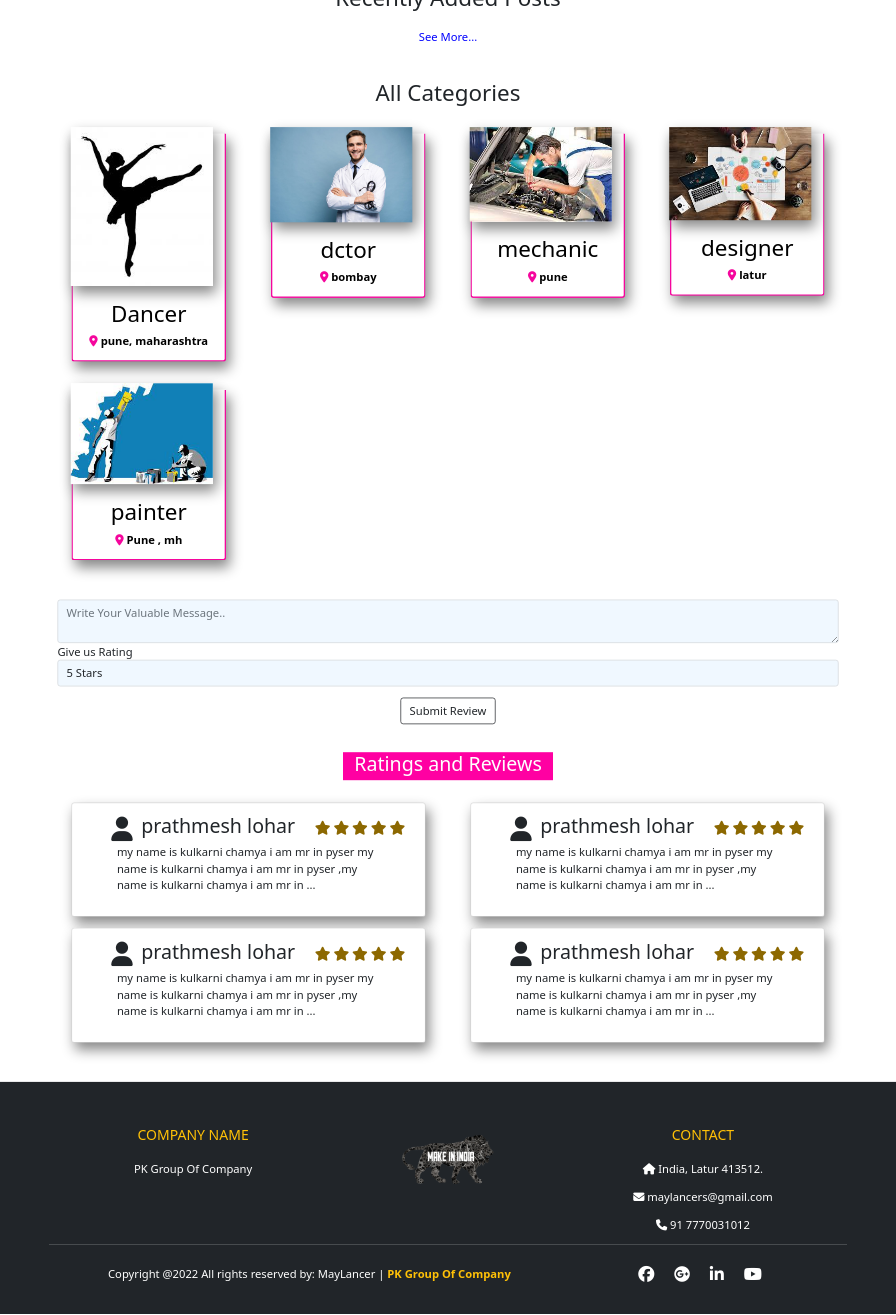
Repository: prathmesh2023/maylancers
Page: http://localhost/
An editor plug-in stored every save of this project. The page is shown before and after the next save, followed by the edit.
The browser window is 1280 px wide. The pictures show the part of the page from y = 901 to 2821 px (the page is 2779 px tall before and 2821 px after), at 70% of full size.
Some web fonts or font styles are not loaded; a fallback is used. Some web libraries are served in a nearby version. The page is served by the project's application, run on Django 3.2 (manage.py). Other server files are loaded and not shown. The page reads the database file committed with the project. Queries for data that is not in the repository find no rows.

Above is the page before, as saved 2022-02-16 14:54:30.

### templates/home.html
 {% extends "base.html" %} {% block title %} MayLancers {% endblock title %} {% load static %} {% block main %}
<div class="bgc" style=" background-image: url(' {% static 'img/2.gif' %} ');">

    <div class="searchbox container py-5">

        <h2 class="py-4 text-white text-center h1 jone">Find Work Or Workers For Every Field:</h2>

        <form action="/search" method="post" class="form">
            {% csrf_token %}
            <div class="input-group">

                <input required name="text" type="text" class="form-control" aria-label="Text input with dropdown button" placeholder="">
                <div class="input-group-append">
                    <button class="btn primary-bg bt text-white " type="submit"><span class="fa fa-search"> </span> Search</button>

                </div>
            </div>
        </form>


        <div class="container text-center text-white my-4 rounded-0 pj">
            {% comment %} <a href="post_job"><button class="btn primary-bg btn-lg"><span class="fa fa-edit" style=> </span> Post Job</button></a> {% endcomment %}



        </div>


    </div>


</div>
</div>



<!-- cards -->
<!-- <div class="container card_main ">
    <div class="row ">
        <div class="col-md-3 justify-content-center">

            <div class="card  m-0 p-0" style="border: solid 2px #f5069d ; border-top-right-radius: 0px; border-top-left-radius: 0px; border-top: none ;">
                <div class="card-body ">
                    <img src="{% static 'img/card/Painter.jpg' %} " class="img border-0 p-0">
                    <h2 style="margin-top:20px;">
                        Painter
                    </h2>
                    <p class="card-text"><b>Find Painters nearby you</b></p>
                    <a href="#" class="btn sub">  Find </a>
                </div>
            </div>

        </div>


        <div class="col-md-3">

            <div class="card  m-0 p-0" style="border: solid 2px #f5069d ; border-top-right-radius: 0px; border-top-left-radius: 0px; border-top: none ;">
                <div class="card-body ">
                    <img src="{% static 'img/card/mechanic.jpg' %} " class="img border-0 p-0">
                    <h2 style="margin-top:20px;">
                        Mechanic
                    </h2>
                    <p class="card-text"><b>Find Mechanics nearby you</b></p>
                    <a href="#" class="btn sub"> Find </a>
                </div>
            </div>

        </div>



        <div class="col-md-3">

            <div class="card  m-0 p-0" style="border: solid 2px #f5069d ; border-top-right-radius: 0px; border-top-left-radius: 0px; border-top: none ;">
                <div class="card-body ">
                    <img src="{% static 'img/card/designer1.jpg' %} " class="img border-0 p-0">
                    <h2 style="margin-top:20px;">
                        Designer
                    </h2>
                    <p class="card-text"><b>Find Designer nearby you</b></p>
                    <a href="#" class="btn sub"> Find </a>
                </div>
            </div>

        </div>


        <div class="col-md-3">

            <div class="card  m-0 p-0" style="border: solid 2px #f5069d ; border-top-right-radius: 0px; border-top-left-radius: 0px; border-top: none ;">
                <div class="card-body ">
                    <img src="{% static 'img/card/doctor.jpg' %}" class="img border-0 p-0">
                    <h2 style="margin-top:20px;">
                        Doctor
                    </h2>
                    <p class="card-text"><b>Find Doctors nearby you</b></p>
                    <a href="#" class="btn sub"> Find </a>
                </div>
            </div>

        </div>
    </div>
</div> -->

<div class="container-fluid card-main "style=" background: white;">
 <div class="row">


    <div class="col-md-3 text-center  boxed text-white" style="background-color: #ff3001c7; ">
       <a href="/jobs"> <h4 class="h4 my-2"> Hire Freelancer <span class="mx-3 fa fa-arrow-right fa-sm"> </span></h4></a>

    </div>

    <div class="col-md-3 text-center  boxed " style="background-color: white;">
        <a href="/profile"> <h4 class="h4 my-2" style="color: blue;"> Work as Freelancer <span class="mx-3 fa fa-arrow-right fa-sm"> </span></h4></a>

    </div>

    <div class="col-md-3 text-center  boxed text-white" style="background-color: green; ">
        <a href="/post_job"> <h4 class="h4 my-2"> Post a Job <span class="mx-3 fa fa-arrow-right fa-sm"> </span></h4>
</a>
    </div>

    <div class="col-md-3 text-center  boxed text-white" style="background-color: #41464b; ">
        <a href="categories"><h4 class="h4 my-2"> All Categories <span class="mx-3 fa fa-arrow-right fa-sm"> </span></h4>
</a>
    </div>

 </div>

</div>

<style >
    .boxed{
        height: 55px;
        font-family: 'Jockey One';
        padding: 3px;
    }
    a{
        text-decoration: none;
        color: white;
    }
</style>

<!--
<div class="container card_main ">

    <div class="row">
        {% for h in cat %} {% if forloop.counter0|divisibleby:4 %}
    </div><br>
    <div class="row">
        {% endif %}
        <div class="col-md-3 text-center my-2">
            <a href="/category/{{h.title}}" style="text-decoration: none; color:black">
                <div class="card  " style="border: solid 2px #f5069d ; border-top-right-radius: 0px; border-top-left-radius: 0px; border-top: none ;">
                    <div class="card-body ">
                        <img src="{{h.thumbnail.url}} " class="img border-0 p-0">
                        <h2 style="margin-top:20px;">
                            {{h.title}}
                        </h2>
                        <p class="card-text"><b><span class="fa fa-map-marker" style="color:#f5069d"> </span>  {{h.location}}</b></p>

                    </div>
                </div>
            </a>
        </div>
        {% endfor %}
    </div>
</div> -->

<br>

<div class="container text-center">
    <h2 style=" font-family:Concert One';"> How does freelancing work?</h2>
</div>

<div class="container text-center" style="box-shadow: 5px 5px 8px 5px #888888; padding: 25px; font-size: smaller;">
    <p class="list-inline">
        Freelancers accept payment in return for providing some sort of service. That agreement is generally part-time or short term.
        <br>

       For example, if I hired a photographer to take new headshots for me, I could pay a freelancer for that session and that would be the end of it.
       <br>
     Sometimes people pay freelancers to work a set number of hours per week or per month. That arrangement is often referred to as a “retainer.”
     <br>

    A retainer refers to when you retain the services or right to someone’s time. A lot of legal professionals work on retainer. Every month, they bill
    <br>
        a set amount of time to the client, regardless of whether that full time is used or not.
        A retainer refers to when you retain the services or right to someone’s time. A lot of legal professionals work on retainer. Every month, they bill a set amount of time to the client, regardless of

</p>
</div>

<div class="container text-center my-4">
    <h2 style=" font-family:Concert One';"> Recently Added Posts</h2>
</div>


<div class="container rpost">

    <div class="container">
        <div class="col-4">

        </div>
        <div class="col-4">

        </div>

    </div>


    <div class="container my-4  ">

        {% for i in post %}
        <div class="row my-3" style="box-shadow: 5px 5px 8px 5px #888888; padding: 25px;">
            <div class="col imgcol">
                <img src="{{i.thumb.url}}" class="rounded float-left " alt="...">

            </div>
            <div class="col-6">
                <h2>{{i.title}}</h2>
                <p>{{i.desc}}</p>

                <p><span class="fa fa-user"> </span> {{i.user}}</p>
                <button class="btn btn-secondary btn-sm">{{i.cat}}</button>
            </div>
            <div class="col">
                <b><p><span class="fa fa-map-marker"> </span> {{i.loc}}</p></b>

                <b>Amount:</b>
                <br>

                <b>From : Rs. {{i.afrom}} /-</b>
                <br>
                <b>To : Rs. {{i.ato}} /-</b> {% if i.done is True %}

               <button class="btn btn-danger rounded-0 w-100 my-3"> Closed</button>
                {% else %}
                <a href="apply/{{i.title}}/{{i.id}}"> <button class="btn primary-bg text-white rounded-0 w-100 my-3"> Apply</button></a>
                {% endif %}


            </div>
        </div>
        {% endfor %}

    </div>

</div>


<div class="container  mpost ">

{% for i in post %}
<div class="row my-3" style="box-shadow: 5px 5px 8px 5px #888888; padding: 25px;">

    <div class="card-body">

         <img src="{{i.thumb.url}}" class="rounded " alt="thumbnail" style="width: 100%; height: 170px;">
         <h2>{{i.title}}</h2>
         <p>{{i.desc}}</p>
        <div class="row">
            <div class="col">
                         <p><span class="fa fa-user"> </span> {{i.user}}</p>

         <p><span class="fa fa-map-marker"> </span> {{i.loc}}</p>
          <button class="btn btn-secondary btn-sm p-0 p-0" style="margin-top: -8px;">{{i.cat}}</button>



            </div>
            <div class="col">
                                <b>Amount:</b>
                <br>

                <p>From : Rs. {{i.afrom}} /-</p>

                <p>To : Rs. {{i.ato}} /-</p>

            </div>
        </div>


    </div>

    <div class="card-footer">
     {% if i.done is True %}

               <button class="btn btn-danger  rounded-0  w-100 my-3"> Closed</button>
                {% else %}
                <a href="apply/{{i.title}}/{{i.id}}"> <button class="btn primary-bg text-white rounded-0 w-100 my-3"> Apply</button></a>
                {% endif %}
    </div>

</div>

{% endfor %}

</div>

<p class="text-center"><a href="/jobs" style="color: blue;"> See More... </a></p>

<br>


<div class="container text-center my-2">
    <h2 style=" font-family:Concert One';"> All Categories</h2>
</div>


<!-- cards -->

<div class="container card_main " style="margin-top:0px">

    <div class="row">
        {% for h in cat %} {% if forloop.counter0|divisibleby:4 %}
    </div><br>
    <div class="row">
        {% endif %}
        <div class="col-md-3 text-center my-2">
            <a href="/category/{{h.title}}" style="text-decoration: none; color:black">
                <div class="card  " style="border: solid 2px #f5069d ; border-top-right-radius: 0px; border-top-left-radius: 0px; border-top: none ;">
                    <div class="card-body ">
                        <img src="{{h.thumbnail.url}} " class="img border-0 p-0">
                        <h2 style="margin-top:20px;">
                            {{h.title}}
                        </h2>
                        <p class="card-text"><b><span class="fa fa-map-marker" style="color:#f5069d"> </span> {{h.location}}</b></p>

                    </div>
                </div>
            </a>
        </div>
        {% endfor %}
    </div>
</div>

<br>


<div class="container my-4">

    <form class="form-group">
        <textarea class="form-control" placeholder="Write Your Valuable Message.." name="msg"></textarea>
        <input type="hidden" class="form-control" placeholder="" name="user" value="{{user}}">


        <label class="col-md-2 control-label" for="rating">Give us Rating</label>

        <select class="form-control" name="rating" id="rating">
            <option value="5">5 Stars</option>
            <option value="4">4 Stars</option>
            <option value="3">3 Stars</option>
            <option value="2">2 Stars</option>
            <option value="1">1 Stars</option>

        </select>

        <center>
            <button type="submit" class="btn btn-outline-dark my-3">Submit Review</button>
        </center>
    </form>

</div>


<div class="container text-center my-4 cmt">

    <h3 style="">Ratings and Reviews</h3>


</div>

<style>

</style>

<div class="container cmtd">
    <div class="row">
        <div class="col-md-6 my-2">
            <div class="card">
                <div class="card-body">
                    <div class="row">
                        <div class="col-2 ">
                            <span class="fa fa-user"></span>
                        </div>
                        <div class="col-6">
                            <h3>prathmesh lohar</h3>
                        </div>
                        <div class="col-4">
                            <span class="fa fa-star"></span>
                            <span class="fa fa-star"></span>
                            <span class="fa fa-star"></span>
                            <span class="fa fa-star"></span>
                            <span class="fa fa-star"></span>
                        </div>

                    </div>


                    <p class="p mx-5 justify-content">my name is kulkarni chamya i am mr in pyser my name is kulkarni chamya i am mr in pyser ,my name is kulkarni chamya i am mr in ... </p>

                </div>
            </div>
        </div>



        <div class="col-md-6 my-2">
            <div class="card">
                <div class="card-body">
                    <div class="row">
                        <div class="col-2 ">
                            <span class="fa fa-user"></span>
                        </div>
                        <div class="col-6">
                            <h3>prathmesh lohar</h3>
                        </div>
                        <div class="col-4">
                            <span class="fa fa-star"></span>
                            <span class="fa fa-star"></span>
                            <span class="fa fa-star"></span>
                            <span class="fa fa-star"></span>
                            <span class="fa fa-star"></span>
                        </div>

                    </div>


                    <p class="p mx-5 justify-content">my name is kulkarni chamya i am mr in pyser my name is kulkarni chamya i am mr in pyser ,my name is kulkarni chamya i am mr in ... </p>

                </div>
            </div>
        </div>



        <div class="col-md-6 my-2">
            <div class="card">
                <div class="card-body">
                    <div class="row">
                        <div class="col-2 ">
                            <span class="fa fa-user"></span>
                        </div>
                        <div class="col-6">
                            <h3>prathmesh lohar</h3>
                        </div>
                        <div class="col-4">
                            <span class="fa fa-star"></span>
                            <span class="fa fa-star"></span>
                            <span class="fa fa-star"></span>
                            <span class="fa fa-star"></span>
                            <span class="fa fa-star"></span>
                        </div>

                    </div>


                    <p class="p mx-5 justify-content">my name is kulkarni chamya i am mr in pyser my name is kulkarni chamya i am mr in pyser ,my name is kulkarni chamya i am mr in ... </p>

                </div>
            </div>
        </div>



        <div class="col-md-6 my-2">
            <div class="card">
                <div class="card-body">
                    <div class="row">
                        <div class="col-2 ">
                            <span class="fa fa-user"></span>
                        </div>
                        <div class="col-6">
                            <h3>prathmesh lohar</h3>
                        </div>
                        <div class="col-4">
                            <span class="fa fa-star"></span>
                            <span class="fa fa-star"></span>
                            <span class="fa fa-star"></span>
                            <span class="fa fa-star"></span>
                            <span class="fa fa-star"></span>
                        </div>

                    </div>


                    <p class="p mx-5 justify-content">my name is kulkarni chamya i am mr in pyser my name is kulkarni chamya i am mr in pyser ,my name is kulkarni chamya i am mr in ... </p>

                </div>
            </div>
        </div>



    </div>
</div>

<center>
    <a href="#" style="text-decoration: none;"> See More Reviews...</a>
</center>



<div class="container cmtm">



    <div class="row">
        <div class="col-md-6 my-2">
            <div class="card">
                <div class="card-body">

                    <div class="user ">

                        <span class="fa fa-user uml"></span>


                        <span class="h3 mx-3">prathmesh lohar</span>

                    </div>

                    <div class="star mx-5"> <span class="fa fa-star"></span>
                        <span class="fa fa-star"></span>
                        <span class="fa fa-star"></span>
                        <span class="fa fa-star"></span>
                        <span class="fa fa-star"></span>
                    </div>





                    <p class="p mx-5 justify-content">my name is kulkarni chamya i am mr in pyser my name is kulkarni chamya i am mr in pyser ,my name is kulkarni chamya i am mr in ... </p>

                </div>
            </div>
        </div>
</div>
</div>


<style>
    .fa-user {
        font-size: 35px;
        margin-left: 40px;
        margin-top: 3px;
    }

    .uml {
        font: size 10px;
    }

    .cmt {
        color: rgb(255, 255, 255);
        background-color: rgb(255, 0, 162);
        height: 40px;
        width: 300px;
    }

    .fa-star {
        font-size: 20px;
        margin-top: 10px;
        color: #8c6801;
    }

    .btn-outline-dark:hover {
        background-color: #0079ebcb;
    }

    .form {
        background-color: aliceblue;
        padding: 40px 40px 2px 40px;
        border-radius: 10px;
    }

    .form-control {
        background-color: aliceblue;
    }

    .cmtd {
        display: block;
    }

    .cmtm {
        display: none;
    }

    @media screen and (max-width: 600px) {
        .fa-user {
            font-size: 20px;
            margin-left: 50px;
            margin-top: 0px;
        }
        .cmtd {
            display: none;
        }
        .cmtm {
            display: block;
        }
    }
</style>

<br/>


<style>

    .card_main {
    margin-top: 40px;
}

    .mpost{
        display: none;
    }

     @media  screen and (max-width: 900px) {
       .mpost{
        display: block;
    }
    .rpost{
        display: none;
    }
    }
    .rpost img {
        max-width: 90%;
    }

    @media  screen and (max-width: 900px) {
        .imgcol {
            display: none;
        }
    }
</style>




{% endblock main %}

### app1/models.py
from django.db import models

# Create your models here.
from django.contrib.auth.models import User

class profile(models.Model):
    user = models.OneToOneField(User, on_delete=models.CASCADE)
    about = models.CharField(max_length=100)
    dp = models.ImageField('dp', upload_to="app1/img/dp")


class category(models.Model):
    title = models.CharField(max_length=200)
    location = models.CharField(max_length=200)
    thumbnail = models.ImageField('thumbnail', upload_to="app1/img/category")
    desc = models.TextField()


    def __str__(self):
        return self.title


class post(models.Model):

    title = models.CharField(max_length=200)
    loc = models.CharField(max_length=200)
    desc = models.TextField()
    cat = models.CharField(max_length=200)
    thumb = models.ImageField('thumb', upload_to="app1/img/post/thumb")
    afrom = models.IntegerField()
    ato = models.IntegerField()
    user = models.CharField(max_length=200,default="def")
    done = models.BooleanField(default=False)

    def __str__(self):
        return self.title


class proposal(models.Model):

    post = models.ForeignKey("post",  on_delete=models.CASCADE ,default=1)

    text = models.TextField()

    mob = models.CharField(max_length=150)

    user = models.CharField(max_length=150)



    def __str__(self):
        return self.user

### maylancer/urls.py
"""maylancer URL Configuration

The `urlpatterns` list routes URLs to views. For more information please see:
    https://docs.djangoproject.com/en/3.2/topics/http/urls/
Examples:
Function views
    1. Add an import:  from my_app import views
    2. Add a URL to urlpatterns:  path('', views.home, name='home')
Class-based views
    1. Add an import:  from other_app.views import Home
    2. Add a URL to urlpatterns:  path('', Home.as_view(), name='home')
Including another URLconf
    1. Import the include() function: from django.urls import include, path
    2. Add a URL to urlpatterns:  path('blog/', include('blog.urls'))
"""
from django.contrib import admin
from django.urls import path,include

urlpatterns = [
    path('admin/', admin.site.urls),
    path('',include('app1.urls'))
]

### app1/urls.py
from django.contrib import admin
from django.urls import path
from app1 import views

from django.conf import settings
from django.conf.urls.static import static

urlpatterns = [
    path("", views.home , name="home"),
    path("login", views.login, name="login"),
    path("logout", views.logout,name="logout"),
    path("profile", views.profile, name="profile"),
    path("register", views.register, name="register"),
    path("post_job", views.post_job, name="post_job"),
    path("apply/<str:title>/<int:id>", views.apply, name="apply"),
    path("proposal", views.proposal, name="proposal"),
    path("category/<str:title>", views.category, name="category"),
    path("search", views.search,name="search"),
    path("categories", views.categories, name="categories"),
    path('jobs', views.jobs, name="jobs"),

    path("success", views.success, name="success"),


]+ static(settings.MEDIA_URL, document_root=settings.MEDIA_ROOT)

### db.sqlite3 (the tables this page reads, as SQL)
CREATE TABLE "app1_category" ("id" integer NOT NULL PRIMARY KEY AUTOINCREMENT, "title" varchar(200) NOT NULL, "location" varchar(200) NOT NULL, "desc" text NOT NULL, "thumbnail" varchar(100) NULL);
INSERT INTO "app1_category" VALUES
(1, 'painter', 'Pune , mh', 'painter', 'app1/img/category/painter_LAaJ8Te.jpg'),
(2, 'designer', 'latur', 'designer', 'app1/img/category/designer1.jpg'),
(3, 'mechanic', 'pune', 'mechanic', 'app1/img/category/mechanic.jpg'),
(4, 'dctor', 'bombay', 'dector', 'app1/img/category/doctor.jpg'),
(6, 'Dancer', 'pune, maharashtra', 'I want a Bar dancer', 'app1/img/category/download.jpg');

Loaded but not shown: static/bootstrap-5/css/bootstrap.min.css (library); templates/base.html (422 lines, source omitted); app1/views.py (226 lines, source omitted); static/css/main.css (181 lines, source omitted)

After the next save:
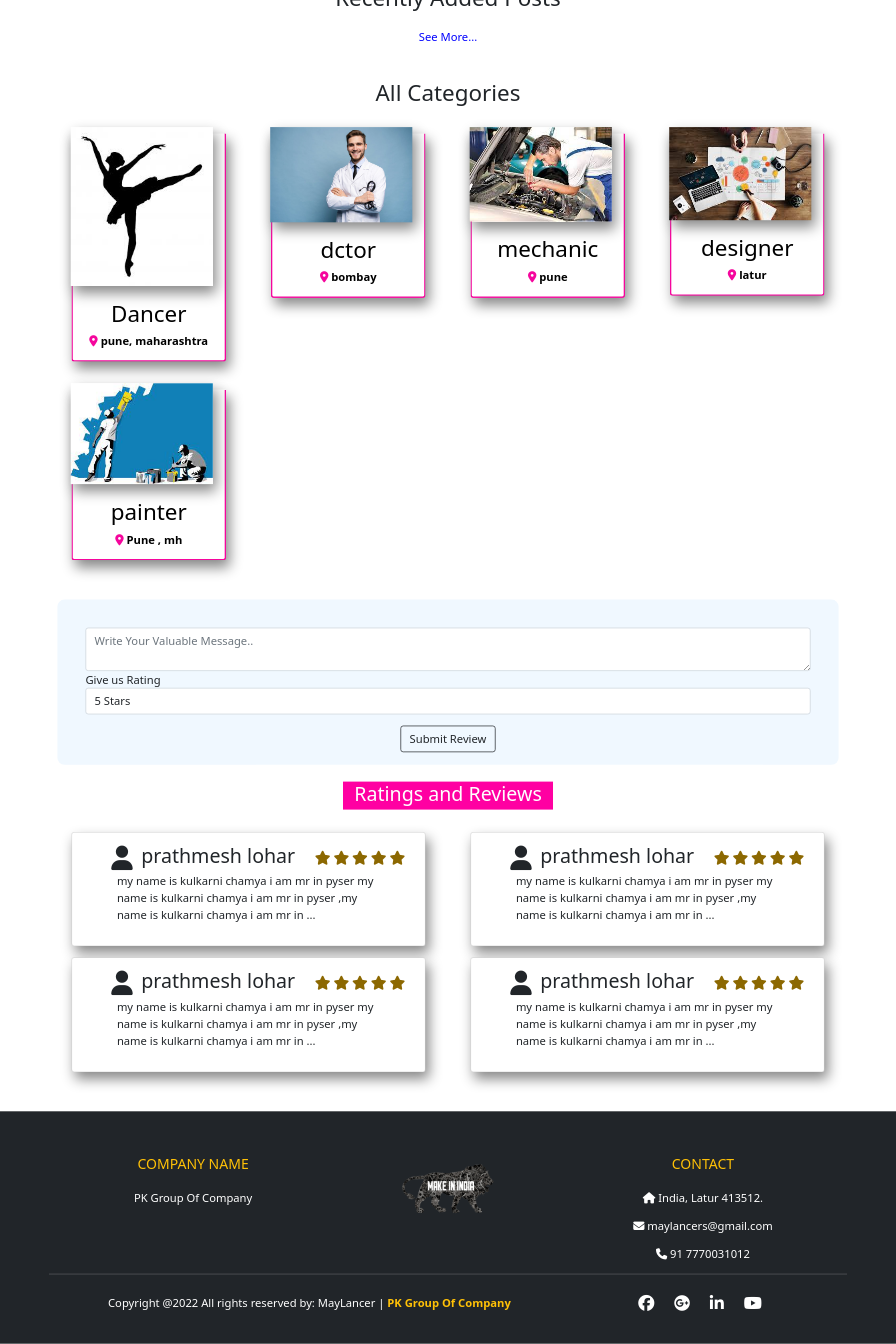
Saved 19 s later.
--- a/templates/home.html
+++ b/templates/home.html
@@ -570,13 +570,13 @@
         background-color: #0079ebcb;
     }
 
-    .form {
+    form {
         background-color: aliceblue;
         padding: 40px 40px 2px 40px;
         border-radius: 10px;
     }
 
-    .form-control {
+    .form-control.. {
         background-color: aliceblue;
     }
 
